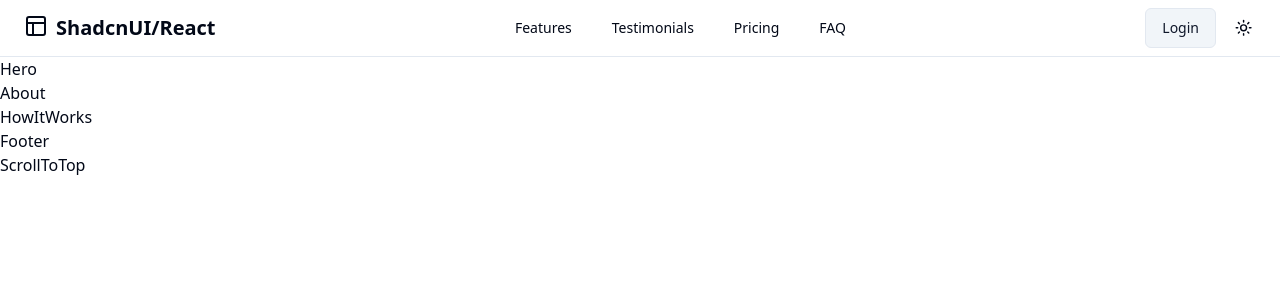
Repository: DevLaukey/savannah-informatics-test
Page: /
These files come from the project's save history. The page is drawn as it stood at one moment and after the next save; the edit follows.
The browser window is 1280 px wide. The pictures show the whole page.
The project was rebuilt for these pictures with package versions that can differ from the ones it lists, and the page was loaded fresh each time. The framework's server and built-in components were replaced by stand-ins that run in the browser. Also part of the build but not shown: next.config.mjs, lib/theme-provider.js.

Above is the page before, as saved 2024-06-04 21:39:12.

### app/layout.jsx
import "./globals.css";
import { Inter as FontSans } from "next/font/google";

import { cn } from "@/lib/utils";

const fontSans = FontSans({
  subsets: ["latin"],
  variable: "--font-sans",
});

export default function RootLayout({ children }) {
  return (
    <html lang="en" suppressHydrationWarning>
      <head />
      <body
        className={cn(
          "min-h-screen bg-background font-sans antialiased",
          fontSans.variable
        )}
      >
        {children}{" "}
      </body>
    </html>
  );
}

### app/page.jsx
import Footer from "@/components/Footer";
import About from "@/components/landing-page/About";
import Hero from "@/components/landing-page/Hero";
import HowItWorks from "@/components/landing-page/HowItWorks";
import Navbar from "@/components/Navbar";
import ScrollToTop from "@/components/ScrollToTop";


// this is the landing page
export default function Home() {
  return (
    <>
      <Navbar />
      <Hero />
      <About />
      <HowItWorks />
      <Footer />
      <ScrollToTop />
    </>
  );
}

### components/landing-page/HowItWorks.jsx
import React from 'react'

function HowItWorks() {
  return (
    <div>HowItWorks</div>
  )
}

export default HowItWorks

### components/Navbar.jsx
"use client"
import React, { useState } from "react";
import {
  NavigationMenu,
  NavigationMenuItem,
  NavigationMenuList,
} from "@/components/ui/navigation-menu";
import {
  Sheet,
  SheetContent,
  SheetHeader,
  SheetTitle,
  SheetTrigger,
} from "@/components/ui/sheet";
import { buttonVariants } from "./ui/button";
import { Menu } from "lucide-react";
import ModeToggle  from "./mode-toggle";
import { LogoIcon } from "./Icons";


const routeList = [
  {
    href: "#features",
    label: "Features",
  },
  {
    href: "#testimonials",
    label: "Testimonials",
  },
  {
    href: "#pricing",
    label: "Pricing",
  },
  {
    href: "#faq",
    label: "FAQ",
  },
];

const Navbar = () => {
  const [isOpen, setIsOpen] = useState(false);
  return (
    <header className="sticky border-b-[1px] top-0 z-40 w-full bg-white dark:border-b-slate-700 dark:bg-background">
      <NavigationMenu className="mx-auto">
        <NavigationMenuList className="container h-14 px-4 w-screen flex justify-between">
          <NavigationMenuItem className="font-bold flex">
            <a
              rel="noreferrer noopener"
              href="/"
              className="ml-2 font-bold text-xl flex"
            >
              <LogoIcon />
              ShadcnUI/React
            </a>
          </NavigationMenuItem>

          {/* mobile */}
          <span className="flex md:hidden">
            <ModeToggle />

            <Sheet open={isOpen} onOpenChange={setIsOpen}>
              <SheetTrigger className="px-2">
                <Menu
                  className="flex md:hidden h-5 w-5"
                  onClick={() => setIsOpen(true)}
                >
                  <span className="sr-only">Menu Icon</span>
                </Menu>
              </SheetTrigger>

              <SheetContent side={"left"}>
                <SheetHeader>
                  <SheetTitle className="font-bold text-xl">
                    Shadcn/React
                  </SheetTitle>
                </SheetHeader>
                <nav className="flex flex-col justify-center items-center gap-2 mt-4">
                  {routeList.map(({ href, label }) => (
                    <a
                      rel="noreferrer noopener"
                      key={label}
                      href={href}
                      onClick={() => setIsOpen(false)}
                      className={buttonVariants({ variant: "ghost" })}
                    >
                      {label}
                    </a>
                  ))}
                  <a
                    rel="noreferrer noopener"
                    href="/login"
                    target="_blank"
                    className={`w-[110px] border ${buttonVariants({
                      variant: "secondary",
                    })}`}
                  >
                    Login
                  </a>
                </nav>
              </SheetContent>
            </Sheet>
          </span>

          {/* desktop */}
          <nav className="hidden md:flex gap-2">
            {routeList.map((route, i) => (
              <a
                rel="noreferrer noopener"
                href={route.href}
                key={i}
                className={`text-[17px] ${buttonVariants({
                  variant: "ghost",
                })}`}
              >
                {route.label}
              </a>
            ))}
          </nav>

          <div className="hidden md:flex gap-2">
            <a
              rel="noreferrer noopener"
              href="/login"
              target="_blank"
              className={`border ${buttonVariants({ variant: "secondary" })}`}
            >
              Login
            </a>

            <ModeToggle />
          </div>
        </NavigationMenuList>
      </NavigationMenu>
    </header>
  );
};
export default Navbar;

### components/ScrollToTop.jsx
import React from 'react'

function ScrollToTop() {
  return (
    <div>ScrollToTop</div>
  )
}

export default ScrollToTop

### components/ui/navigation-menu.jsx
import * as React from "react"
import * as NavigationMenuPrimitive from "@radix-ui/react-navigation-menu"
import { cva } from "class-variance-authority"
import { ChevronDown } from "lucide-react"

import { cn } from "@/lib/utils"

const NavigationMenu = React.forwardRef(({ className, children, ...props }, ref) => (
  <NavigationMenuPrimitive.Root
    ref={ref}
    className={cn(
      "relative z-10 flex max-w-max flex-1 items-center justify-center",
      className
    )}
    {...props}>
    {children}
    <NavigationMenuViewport />
  </NavigationMenuPrimitive.Root>
))
NavigationMenu.displayName = NavigationMenuPrimitive.Root.displayName

const NavigationMenuList = React.forwardRef(({ className, ...props }, ref) => (
  <NavigationMenuPrimitive.List
    ref={ref}
    className={cn(
      "group flex flex-1 list-none items-center justify-center space-x-1",
      className
    )}
    {...props} />
))
NavigationMenuList.displayName = NavigationMenuPrimitive.List.displayName

const NavigationMenuItem = NavigationMenuPrimitive.Item

const navigationMenuTriggerStyle = cva(
  "group inline-flex h-10 w-max items-center justify-center rounded-md bg-background px-4 py-2 text-sm font-medium transition-colors hover:bg-accent hover:text-accent-foreground focus:bg-accent focus:text-accent-foreground focus:outline-none disabled:pointer-events-none disabled:opacity-50 data-[active]:bg-accent/50 data-[state=open]:bg-accent/50"
)

const NavigationMenuTrigger = React.forwardRef(({ className, children, ...props }, ref) => (
  <NavigationMenuPrimitive.Trigger
    ref={ref}
    className={cn(navigationMenuTriggerStyle(), "group", className)}
    {...props}>
    {children}{" "}
    <ChevronDown
      className="relative top-[1px] ml-1 h-3 w-3 transition duration-200 group-data-[state=open]:rotate-180"
      aria-hidden="true" />
  </NavigationMenuPrimitive.Trigger>
))
NavigationMenuTrigger.displayName = NavigationMenuPrimitive.Trigger.displayName

const NavigationMenuContent = React.forwardRef(({ className, ...props }, ref) => (
  <NavigationMenuPrimitive.Content
    ref={ref}
    className={cn(
      "left-0 top-0 w-full data-[motion^=from-]:animate-in data-[motion^=to-]:animate-out data-[motion^=from-]:fade-in data-[motion^=to-]:fade-out data-[motion=from-end]:slide-in-from-right-52 data-[motion=from-start]:slide-in-from-left-52 data-[motion=to-end]:slide-out-to-right-52 data-[motion=to-start]:slide-out-to-left-52 md:absolute md:w-auto ",
      className
    )}
    {...props} />
))
NavigationMenuContent.displayName = NavigationMenuPrimitive.Content.displayName

const NavigationMenuLink = NavigationMenuPrimitive.Link

const NavigationMenuViewport = React.forwardRef(({ className, ...props }, ref) => (
  <div className={cn("absolute left-0 top-full flex justify-center")}>
    <NavigationMenuPrimitive.Viewport
      className={cn(
        "origin-top-center relative mt-1.5 h-[var(--radix-navigation-menu-viewport-height)] w-full overflow-hidden rounded-md border bg-popover text-popover-foreground shadow-lg data-[state=open]:animate-in data-[state=closed]:animate-out data-[state=closed]:zoom-out-95 data-[state=open]:zoom-in-90 md:w-[var(--radix-navigation-menu-viewport-width)]",
        className
      )}
      ref={ref}
      {...props} />
  </div>
))
NavigationMenuViewport.displayName =
  NavigationMenuPrimitive.Viewport.displayName

const NavigationMenuIndicator = React.forwardRef(({ className, ...props }, ref) => (
  <NavigationMenuPrimitive.Indicator
    ref={ref}
    className={cn(
      "top-full z-[1] flex h-1.5 items-end justify-center overflow-hidden data-[state=visible]:animate-in data-[state=hidden]:animate-out data-[state=hidden]:fade-out data-[state=visible]:fade-in",
      className
    )}
    {...props}>
    <div
      className="relative top-[60%] h-2 w-2 rotate-45 rounded-tl-sm bg-border shadow-md" />
  </NavigationMenuPrimitive.Indicator>
))
NavigationMenuIndicator.displayName =
  NavigationMenuPrimitive.Indicator.displayName

export {
  navigationMenuTriggerStyle,
  NavigationMenu,
  NavigationMenuList,
  NavigationMenuItem,
  NavigationMenuContent,
  NavigationMenuTrigger,
  NavigationMenuLink,
  NavigationMenuIndicator,
  NavigationMenuViewport,
}

### components/ui/sheet.jsx
"use client";
import * as React from "react"
import * as SheetPrimitive from "@radix-ui/react-dialog"
import { cva } from "class-variance-authority";
import { X } from "lucide-react"

import { cn } from "@/lib/utils"

const Sheet = SheetPrimitive.Root

const SheetTrigger = SheetPrimitive.Trigger

const SheetClose = SheetPrimitive.Close

const SheetPortal = SheetPrimitive.Portal

const SheetOverlay = React.forwardRef(({ className, ...props }, ref) => (
  <SheetPrimitive.Overlay
    className={cn(
      "fixed inset-0 z-50 bg-black/80  data-[state=open]:animate-in data-[state=closed]:animate-out data-[state=closed]:fade-out-0 data-[state=open]:fade-in-0",
      className
    )}
    {...props}
    ref={ref} />
))
SheetOverlay.displayName = SheetPrimitive.Overlay.displayName

const sheetVariants = cva(
  "fixed z-50 gap-4 bg-background p-6 shadow-lg transition ease-in-out data-[state=open]:animate-in data-[state=closed]:animate-out data-[state=closed]:duration-300 data-[state=open]:duration-500",
  {
    variants: {
      side: {
        top: "inset-x-0 top-0 border-b data-[state=closed]:slide-out-to-top data-[state=open]:slide-in-from-top",
        bottom:
          "inset-x-0 bottom-0 border-t data-[state=closed]:slide-out-to-bottom data-[state=open]:slide-in-from-bottom",
        left: "inset-y-0 left-0 h-full w-3/4 border-r data-[state=closed]:slide-out-to-left data-[state=open]:slide-in-from-left sm:max-w-sm",
        right:
          "inset-y-0 right-0 h-full w-3/4  border-l data-[state=closed]:slide-out-to-right data-[state=open]:slide-in-from-right sm:max-w-sm",
      },
    },
    defaultVariants: {
      side: "right",
    },
  }
)

const SheetContent = React.forwardRef(({ side = "right", className, children, ...props }, ref) => (
  <SheetPortal>
    <SheetOverlay />
    <SheetPrimitive.Content ref={ref} className={cn(sheetVariants({ side }), className)} {...props}>
      {children}
      <SheetPrimitive.Close
        className="absolute right-4 top-4 rounded-sm opacity-70 ring-offset-background transition-opacity hover:opacity-100 focus:outline-none focus:ring-2 focus:ring-ring focus:ring-offset-2 disabled:pointer-events-none data-[state=open]:bg-secondary">
        <X className="h-4 w-4" />
        <span className="sr-only">Close</span>
      </SheetPrimitive.Close>
    </SheetPrimitive.Content>
  </SheetPortal>
))
SheetContent.displayName = SheetPrimitive.Content.displayName

const SheetHeader = ({
  className,
  ...props
}) => (
  <div
    className={cn("flex flex-col space-y-2 text-center sm:text-left", className)}
    {...props} />
)
SheetHeader.displayName = "SheetHeader"

const SheetFooter = ({
  className,
  ...props
}) => (
  <div
    className={cn("flex flex-col-reverse sm:flex-row sm:justify-end sm:space-x-2", className)}
    {...props} />
)
SheetFooter.displayName = "SheetFooter"

const SheetTitle = React.forwardRef(({ className, ...props }, ref) => (
  <SheetPrimitive.Title
    ref={ref}
    className={cn("text-lg font-semibold text-foreground", className)}
    {...props} />
))
SheetTitle.displayName = SheetPrimitive.Title.displayName

const SheetDescription = React.forwardRef(({ className, ...props }, ref) => (
  <SheetPrimitive.Description
    ref={ref}
    className={cn("text-sm text-muted-foreground", className)}
    {...props} />
))
SheetDescription.displayName = SheetPrimitive.Description.displayName

export {
  Sheet,
  SheetPortal,
  SheetOverlay,
  SheetTrigger,
  SheetClose,
  SheetContent,
  SheetHeader,
  SheetFooter,
  SheetTitle,
  SheetDescription,
}

### components/ui/button.jsx
import * as React from "react"
import { Slot } from "@radix-ui/react-slot"
import { cva } from "class-variance-authority";

import { cn } from "@/lib/utils"

const buttonVariants = cva(
  "inline-flex items-center justify-center whitespace-nowrap rounded-md text-sm font-medium ring-offset-background transition-colors focus-visible:outline-none focus-visible:ring-2 focus-visible:ring-ring focus-visible:ring-offset-2 disabled:pointer-events-none disabled:opacity-50",
  {
    variants: {
      variant: {
        default: "bg-primary text-primary-foreground hover:bg-primary/90",
        destructive:
          "bg-destructive text-destructive-foreground hover:bg-destructive/90",
        outline:
          "border border-input bg-background hover:bg-accent hover:text-accent-foreground",
        secondary:
          "bg-secondary text-secondary-foreground hover:bg-secondary/80",
        ghost: "hover:bg-accent hover:text-accent-foreground",
        link: "text-primary underline-offset-4 hover:underline",
      },
      size: {
        default: "h-10 px-4 py-2",
        sm: "h-9 rounded-md px-3",
        lg: "h-11 rounded-md px-8",
        icon: "h-10 w-10",
      },
    },
    defaultVariants: {
      variant: "default",
      size: "default",
    },
  }
)

const Button = React.forwardRef(({ className, variant, size, asChild = false, ...props }, ref) => {
  const Comp = asChild ? Slot : "button"
  return (
    (<Comp
      className={cn(buttonVariants({ variant, size, className }))}
      ref={ref}
      {...props} />)
  );
})
Button.displayName = "Button"

export { Button, buttonVariants }

### components/mode-toggle.jsx
import React from "react";
import { Button } from "@/components/ui/button";
import {
  DropdownMenu,
  DropdownMenuContent,
  DropdownMenuItem,
  DropdownMenuTrigger,
} from "@/components/ui/dropdown-menu";
import { useTheme } from "@/lib/theme-provider";
import { Moon, Sun } from "lucide-react";

export default function ModeToggle() {
  const { setTheme } = useTheme();

  return (
    <DropdownMenu>
      <DropdownMenuTrigger asChild>
        <Button variant="ghost" size="icon" className="ghost">
          <Sun className="h-[1.1rem] w-[1.2rem] rotate-0 scale-100 transition-all dark:-rotate-90 dark:scale-0" />
          <Moon className="absolute h-[1.1rem] w-[1.2rem] rotate-90 scale-0 transition-all dark:rotate-0 dark:scale-100" />
          <span className="sr-only">Toggle theme</span>
        </Button>
      </DropdownMenuTrigger>
      <DropdownMenuContent align="end">
        <DropdownMenuItem onClick={() => setTheme("light")}>
          Light
        </DropdownMenuItem>
        <DropdownMenuItem onClick={() => setTheme("dark")}>
          Dark
        </DropdownMenuItem>
        <DropdownMenuItem onClick={() => setTheme("system")}>
          System
        </DropdownMenuItem>
      </DropdownMenuContent>
    </DropdownMenu>
  );
}

### components/Icons.jsx
export const LogoIcon = () => {
  return (
    <svg
      xmlns="http://www.w3.org/2000/svg"
      viewBox="0 0 24 24"
      fill="none"
      stroke="currentColor"
      strokeWidth="2"
      strokeLinecap="round"
      strokeLinejoin="round"
      className="lucide lucide-panels-top-left mr-2 w-6 h-6"
    >
      <rect width="18" height="18" x="3" y="3" rx="2" />
      <path d="M3 9h18" />
      <path d="M9 21V9" />
    </svg>
  );
};

### components/ui/dropdown-menu.jsx
"use client"

import * as React from "react"
import * as DropdownMenuPrimitive from "@radix-ui/react-dropdown-menu"
import { Check, ChevronRight, Circle } from "lucide-react"

import { cn } from "@/lib/utils"

const DropdownMenu = DropdownMenuPrimitive.Root

const DropdownMenuTrigger = DropdownMenuPrimitive.Trigger

const DropdownMenuGroup = DropdownMenuPrimitive.Group

const DropdownMenuPortal = DropdownMenuPrimitive.Portal

const DropdownMenuSub = DropdownMenuPrimitive.Sub

const DropdownMenuRadioGroup = DropdownMenuPrimitive.RadioGroup

const DropdownMenuSubTrigger = React.forwardRef(({ className, inset, children, ...props }, ref) => (
  <DropdownMenuPrimitive.SubTrigger
    ref={ref}
    className={cn(
      "flex cursor-default select-none items-center rounded-sm px-2 py-1.5 text-sm outline-none focus:bg-accent data-[state=open]:bg-accent",
      inset && "pl-8",
      className
    )}
    {...props}>
    {children}
    <ChevronRight className="ml-auto h-4 w-4" />
  </DropdownMenuPrimitive.SubTrigger>
))
DropdownMenuSubTrigger.displayName =
  DropdownMenuPrimitive.SubTrigger.displayName

const DropdownMenuSubContent = React.forwardRef(({ className, ...props }, ref) => (
  <DropdownMenuPrimitive.SubContent
    ref={ref}
    className={cn(
      "z-50 min-w-[8rem] overflow-hidden rounded-md border bg-popover p-1 text-popover-foreground shadow-lg data-[state=open]:animate-in data-[state=closed]:animate-out data-[state=closed]:fade-out-0 data-[state=open]:fade-in-0 data-[state=closed]:zoom-out-95 data-[state=open]:zoom-in-95 data-[side=bottom]:slide-in-from-top-2 data-[side=left]:slide-in-from-right-2 data-[side=right]:slide-in-from-left-2 data-[side=top]:slide-in-from-bottom-2",
      className
    )}
    {...props} />
))
DropdownMenuSubContent.displayName =
  DropdownMenuPrimitive.SubContent.displayName

const DropdownMenuContent = React.forwardRef(({ className, sideOffset = 4, ...props }, ref) => (
  <DropdownMenuPrimitive.Portal>
    <DropdownMenuPrimitive.Content
      ref={ref}
      sideOffset={sideOffset}
      className={cn(
        "z-50 min-w-[8rem] overflow-hidden rounded-md border bg-popover p-1 text-popover-foreground shadow-md data-[state=open]:animate-in data-[state=closed]:animate-out data-[state=closed]:fade-out-0 data-[state=open]:fade-in-0 data-[state=closed]:zoom-out-95 data-[state=open]:zoom-in-95 data-[side=bottom]:slide-in-from-top-2 data-[side=left]:slide-in-from-right-2 data-[side=right]:slide-in-from-left-2 data-[side=top]:slide-in-from-bottom-2",
        className
      )}
      {...props} />
  </DropdownMenuPrimitive.Portal>
))
DropdownMenuContent.displayName = DropdownMenuPrimitive.Content.displayName

const DropdownMenuItem = React.forwardRef(({ className, inset, ...props }, ref) => (
  <DropdownMenuPrimitive.Item
    ref={ref}
    className={cn(
      "relative flex cursor-default select-none items-center rounded-sm px-2 py-1.5 text-sm outline-none transition-colors focus:bg-accent focus:text-accent-foreground data-[disabled]:pointer-events-none data-[disabled]:opacity-50",
      inset && "pl-8",
      className
    )}
    {...props} />
))
DropdownMenuItem.displayName = DropdownMenuPrimitive.Item.displayName

const DropdownMenuCheckboxItem = React.forwardRef(({ className, children, checked, ...props }, ref) => (
  <DropdownMenuPrimitive.CheckboxItem
    ref={ref}
    className={cn(
      "relative flex cursor-default select-none items-center rounded-sm py-1.5 pl-8 pr-2 text-sm outline-none transition-colors focus:bg-accent focus:text-accent-foreground data-[disabled]:pointer-events-none data-[disabled]:opacity-50",
      className
    )}
    checked={checked}
    {...props}>
    <span className="absolute left-2 flex h-3.5 w-3.5 items-center justify-center">
      <DropdownMenuPrimitive.ItemIndicator>
        <Check className="h-4 w-4" />
      </DropdownMenuPrimitive.ItemIndicator>
    </span>
    {children}
  </DropdownMenuPrimitive.CheckboxItem>
))
DropdownMenuCheckboxItem.displayName =
  DropdownMenuPrimitive.CheckboxItem.displayName

const DropdownMenuRadioItem = React.forwardRef(({ className, children, ...props }, ref) => (
  <DropdownMenuPrimitive.RadioItem
    ref={ref}
    className={cn(
      "relative flex cursor-default select-none items-center rounded-sm py-1.5 pl-8 pr-2 text-sm outline-none transition-colors focus:bg-accent focus:text-accent-foreground data-[disabled]:pointer-events-none data-[disabled]:opacity-50",
      className
    )}
    {...props}>
    <span className="absolute left-2 flex h-3.5 w-3.5 items-center justify-center">
      <DropdownMenuPrimitive.ItemIndicator>
        <Circle className="h-2 w-2 fill-current" />
      </DropdownMenuPrimitive.ItemIndicator>
    </span>
    {children}
  </DropdownMenuPrimitive.RadioItem>
))
DropdownMenuRadioItem.displayName = DropdownMenuPrimitive.RadioItem.displayName

const DropdownMenuLabel = React.forwardRef(({ className, inset, ...props }, ref) => (
  <DropdownMenuPrimitive.Label
    ref={ref}
    className={cn("px-2 py-1.5 text-sm font-semibold", inset && "pl-8", className)}
    {...props} />
))
DropdownMenuLabel.displayName = DropdownMenuPrimitive.Label.displayName

const DropdownMenuSeparator = React.forwardRef(({ className, ...props }, ref) => (
  <DropdownMenuPrimitive.Separator
    ref={ref}
    className={cn("-mx-1 my-1 h-px bg-muted", className)}
    {...props} />
))
DropdownMenuSeparator.displayName = DropdownMenuPrimitive.Separator.displayName

const DropdownMenuShortcut = ({
  className,
  ...props
}) => {
  return (
    (<span
      className={cn("ml-auto text-xs tracking-widest opacity-60", className)}
      {...props} />)
  );
}
DropdownMenuShortcut.displayName = "DropdownMenuShortcut"

export {
  DropdownMenu,
  DropdownMenuTrigger,
  DropdownMenuContent,
  DropdownMenuItem,
  DropdownMenuCheckboxItem,
  DropdownMenuRadioItem,
  DropdownMenuLabel,
  DropdownMenuSeparator,
  DropdownMenuShortcut,
  DropdownMenuGroup,
  DropdownMenuPortal,
  DropdownMenuSub,
  DropdownMenuSubContent,
  DropdownMenuSubTrigger,
  DropdownMenuRadioGroup,
}

### tailwind.config.js
const { fontFamily } = require("tailwindcss/defaultTheme");

/** @type {import('tailwindcss').Config} */
module.exports = {
  darkMode: ["class"],
  content: [
    "./pages/**/*.{js,jsx}",
    "./components/**/*.{js,jsx}",
    "./app/**/*.{js,jsx}",
    "./src/**/*.{js,jsx}",
  ],
  prefix: "",
  theme: {
    container: {
      center: true,
      padding: "2rem",
      screens: {
        "2xl": "1400px",
      },
    },
    extend: {
      colors: {
        border: "hsl(var(--border))",
        input: "hsl(var(--input))",
        ring: "hsl(var(--ring))",
        background: "hsl(var(--background))",
        foreground: "hsl(var(--foreground))",
        primary: {
          DEFAULT: "hsl(var(--primary))",
          foreground: "hsl(var(--primary-foreground))",
        },
        secondary: {
          DEFAULT: "hsl(var(--secondary))",
          foreground: "hsl(var(--secondary-foreground))",
        },
        destructive: {
          DEFAULT: "hsl(var(--destructive))",
          foreground: "hsl(var(--destructive-foreground))",
        },
        muted: {
          DEFAULT: "hsl(var(--muted))",
          foreground: "hsl(var(--muted-foreground))",
        },
        accent: {
          DEFAULT: "hsl(var(--accent))",
          foreground: "hsl(var(--accent-foreground))",
        },
        fontFamily: {
          sans: ["var(--font-sans)", ...fontFamily.sans],
        },
        popover: {
          DEFAULT: "hsl(var(--popover))",
          foreground: "hsl(var(--popover-foreground))",
        },
        card: {
          DEFAULT: "hsl(var(--card))",
          foreground: "hsl(var(--card-foreground))",
        },
      },
      borderRadius: {
        lg: "var(--radius)",
        md: "calc(var(--radius) - 2px)",
        sm: "calc(var(--radius) - 4px)",
      },
      keyframes: {
        "accordion-down": {
          from: { height: "0" },
          to: { height: "var(--radix-accordion-content-height)" },
        },
        "accordion-up": {
          from: { height: "var(--radix-accordion-content-height)" },
          to: { height: "0" },
        },
      },
      animation: {
        "accordion-down": "accordion-down 0.2s ease-out",
        "accordion-up": "accordion-up 0.2s ease-out",
      },
    },
  },
  plugins: [require("tailwindcss-animate")],
};

Loaded but not shown: app/globals.css (common file); lib/utils.js (common file); components/Footer.jsx (common file); components/landing-page/About.jsx (common file); components/landing-page/Hero.jsx (common file)

After the next save:
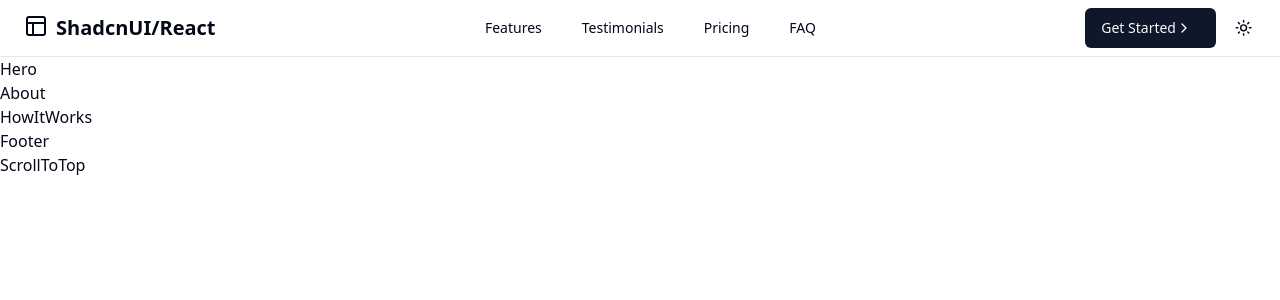
Saved 49 s later.
--- a/components/Navbar.jsx
+++ b/components/Navbar.jsx
@@ -12,8 +12,8 @@ import {
   SheetTitle,
   SheetTrigger,
 } from "@/components/ui/sheet";
-import { buttonVariants } from "./ui/button";
-import { Menu } from "lucide-react";
+import { Button, buttonVariants } from "./ui/button";
+import { ChevronRight, Menu } from "lucide-react";
 import ModeToggle  from "./mode-toggle";
 import { LogoIcon } from "./Icons";
 
@@ -118,15 +118,10 @@ const Navbar = () => {
           </nav>
 
           <div className="hidden md:flex gap-2">
-            <a
-              rel="noreferrer noopener"
-              href="/login"
-              target="_blank"
-              className={`border ${buttonVariants({ variant: "secondary" })}`}
-            >
-              Login
-            </a>
-
+            <Button>
+              Get Started
+              <ChevronRight className="mr-2 h-4 w-4" />
+            </Button>
             <ModeToggle />
           </div>
         </NavigationMenuList>
